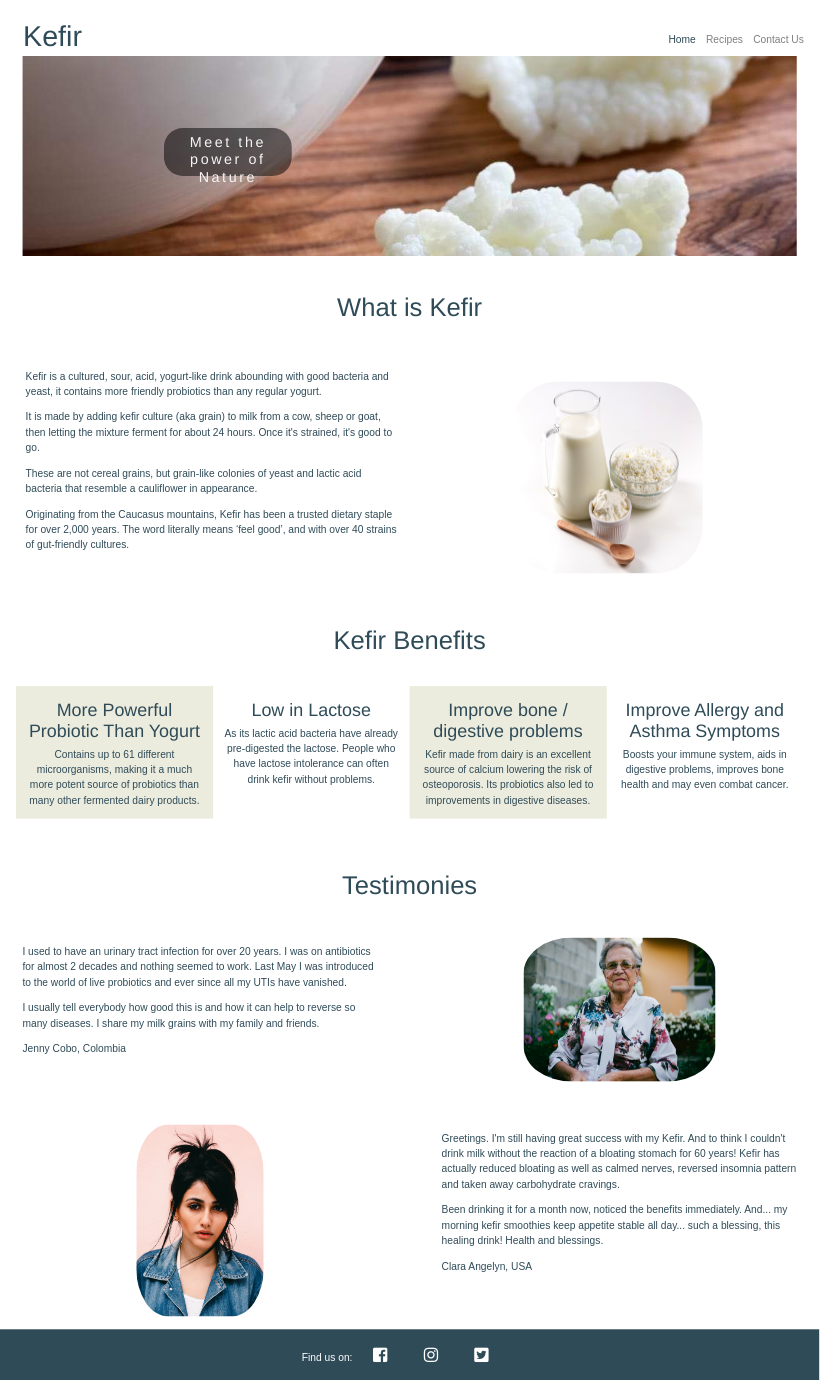
Repository: Code-Institute-Submissions/andna5980-kefir-repo_JuneResub
Page: index.html
An editor plug-in stored every save of this project. The page is shown before and after the next save, followed by the edit.
The browser window is 1280 px wide. The page is 1295 px wide, so the pictures cover 1295 px, including what lies to the right of the window. The pictures show the whole page, at 64% of full size.
Some web fonts or font styles are not loaded; a fallback is used. Some web libraries are served in a nearby version.

Above is the page before, as saved 2021-03-04 21:29:32.

After the next save:
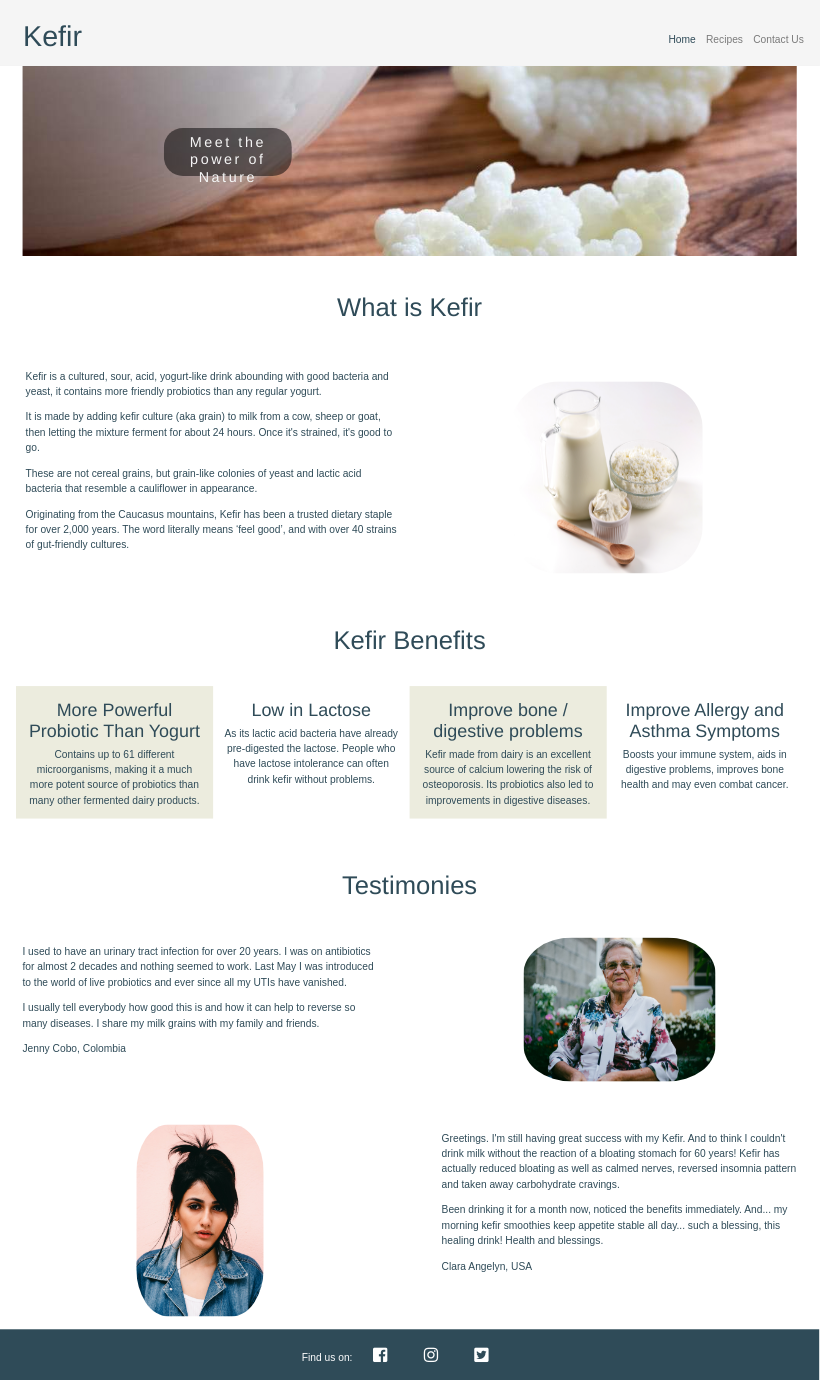
Saved 101 s later.
--- a/index.html
+++ b/index.html
@@ -19,7 +19,7 @@
 <body>
   <!-- Main Header -->
   <header>
-    <nav class="navbar navbar-expand-md navbar-light fixed-top">
+    <nav class="navbar navbar-expand-md navbar-light fixed-top navbar-bg">
       <a class="navbar-brand" href="index.html">Kefir</a>
       <button class="navbar-toggler" type="button" data-toggle="collapse" data-target="#navbarNav"
         aria-controls="navbarNav" aria-expanded="false" aria-label="Toggle navigation">
